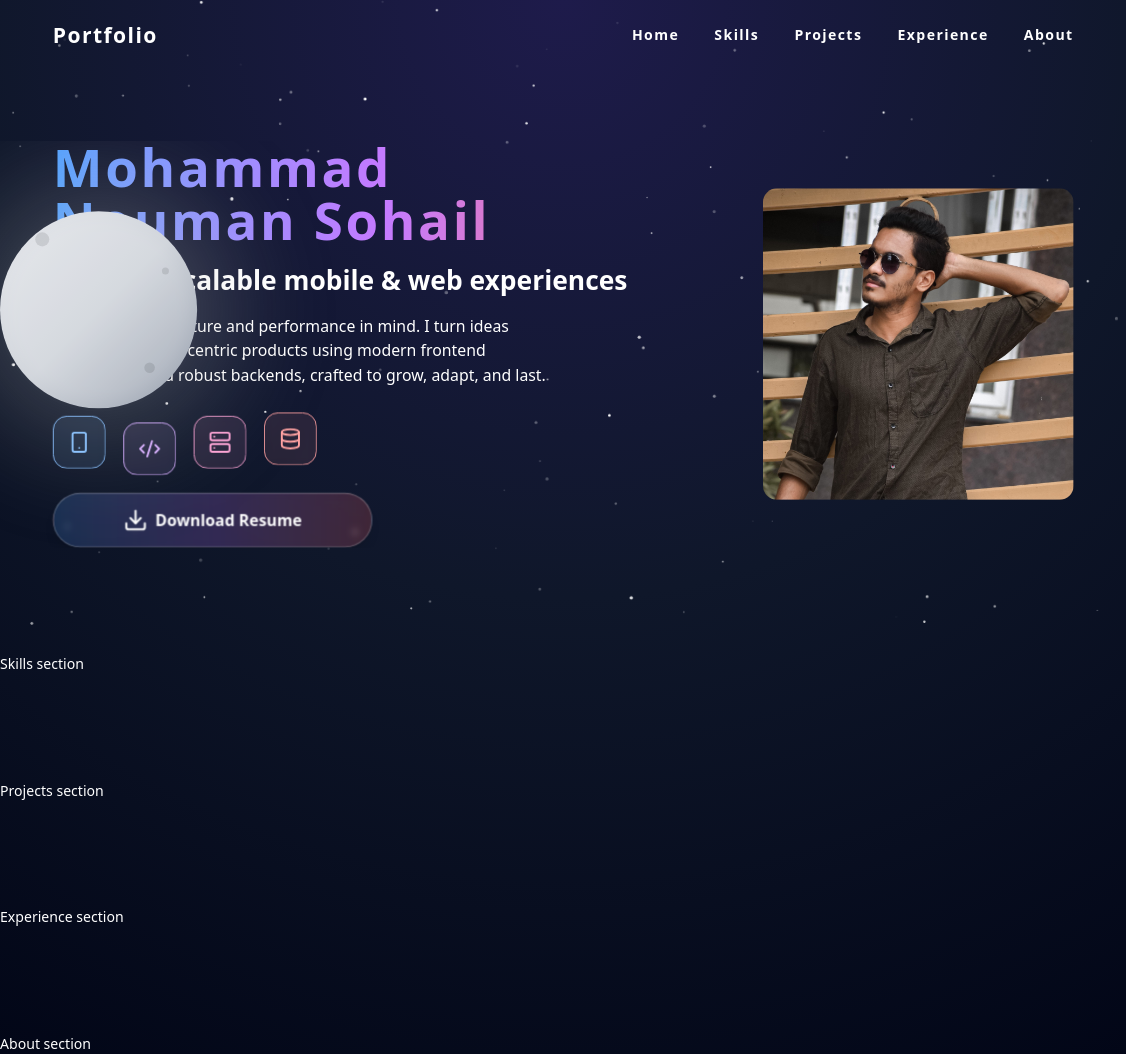
Repository: NoumanSohail/Nouman-Sohail-Portfolio
Page: /
These files come from the project's save history. The page is drawn as it stood at one moment and after the next save; the edit follows.
The browser window is 1280 px wide. The pictures show the whole page, at 88% of full size.
The project was rebuilt for these pictures with package versions that can differ from the ones it lists, and the page was loaded fresh each time. The framework's server and built-in components were replaced by stand-ins that run in the browser. Also part of the build but not shown: next.config.ts.

Above is the page before, as saved 2026-01-24 22:21:34.

### app/layout.tsx
import type { Metadata } from "next";
import { Geist, Geist_Mono } from "next/font/google";
import "./globals.css";
import Navbar from "./components/header/Navbar";
import StarBackground from "./components/ui/StarBackground";

const geistSans = Geist({
  variable: "--font-geist-sans",
  subsets: ["latin"],
});

const geistMono = Geist_Mono({
  variable: "--font-geist-mono",
  subsets: ["latin"],
});

export const metadata: Metadata = {
  title: "Create Next App",
  description: "Generated by create next app",
};

export default function RootLayout({
  children,
}: Readonly<{
  children: React.ReactNode;
}>) {
  return (
    <html lang="en">
      <body
        className={`${geistSans.variable} ${geistMono.variable} antialiased`}
      >
        <StarBackground />
        <Navbar />
        {children}
      </body>
    </html>
  );
}

### app/page.tsx
import React from 'react'
import Hero from './components/sections/Hero'
import Skills from './components/sections/Skills'
import Projects from './components/sections/Projects'
import Experience from './components/sections/Experience'
import About from './components/sections/About'

const page = () => {
  return (
    <div>
      <Hero />
      <Skills />
      <Projects />
      <Experience />
      <About />
    </div>
  )
}

export default page

### app/globals.css
@import "tailwindcss";

html {
  scroll-behavior: smooth;
}

body {
  overflow-x: hidden;
  position: relative;
  background: radial-gradient(circle at 50% 0%, #1e1b4b, #0f172a, #020617);
  min-height: 100vh;
}

### app/components/header/Navbar.tsx
"use client";

import { useEffect, useState } from "react";
import { navLinks } from "@/app/data";
import Link from "next/link";
import { Menu, X } from "lucide-react";

const Navbar = () => {
  const [isScrolled, setIsScrolled] = useState(false);
  const [menuOpen, setMenuOpen] = useState(false);

  useEffect(() => {
    const handleScroll = () => setIsScrolled(window.scrollY > 20);
    window.addEventListener("scroll", handleScroll);
    return () => window.removeEventListener("scroll", handleScroll);
  }, []);

  return (
    <header
      className={`fixed top-0 left-0 right-0 z-50 transition-all ${
        isScrolled
          ? "bg-transparent backdrop-blur-md border-b border-white/20 shadow-lg py-3"
          : "bg-transparent py-6"
      }`}
    >
      <div className="w-full mx-auto max-w-384 flex items-center justify-between px-5 md:px-10 lg:px-15 text-white tracking-widest">
        <h1 className="font-bold text-2xl">Portfolio</h1>

        {/* large displays like laptops */}
        <nav className="hidden lg:flex">
          {navLinks.map((links) => (
            <div key={links.name} className="flex ml-10 font-semibold">
              <Link href={links.id}>{links.name}</Link>
            </div>
          ))}
        </nav>

        {/* Mobile Hamburger */}
        <div className="lg:hidden flex items-center justify-center">
          <button
            onClick={() => setMenuOpen(!menuOpen)}
            className="text-zinc-400"
          >
            <Menu size={30} />
          </button>
        </div>

        {menuOpen && (
          <div className="fixed inset-0 h-screen flex justify-end bg-black/40 backdrop-blur-sm">
            <div className="relative h-full w-[60%] bg-[#0f172a] text-white flex items-center transition-transform duration-300 translate-x-0">
              <button
                onClick={() => setMenuOpen(false)}
                className={`absolute top right-5 md:right-10 text-white ${isScrolled ? "top-3" : "top-6"}`}
              >
                <X size={30} />
              </button>

              <nav className="flex flex-col p-10 gap-10 mt-20">
                {navLinks.map((links) => (
                  <Link
                    key={links.name}
                    href={links.id}
                    onClick={() => setMenuOpen(false)}
                    className="font-semibold"
                  >
                    {links.name}
                  </Link>
                ))}
              </nav>
            </div>
          </div>
        )}
      </div>
    </header>
  );
};

export default Navbar;

### app/components/ui/StarBackground.tsx
"use client";

import { useEffect, useRef } from "react";

const StarBackground = () => {
  const canvasRef = useRef<HTMLCanvasElement | null>(null);

  useEffect(() => {
    const canvas = canvasRef.current;
    if (!canvas) return;

    const ctx = canvas.getContext("2d");
    if (!ctx) return;

    let stars: any[] = [];
    const STAR_COUNT = 120;

    const resize = () => {
      canvas.width = window.innerWidth;
      canvas.height = window.innerHeight;
    };

    resize();
    window.addEventListener("resize", resize);

    // Create stars
    stars = Array.from({ length: STAR_COUNT }).map(() => ({
      x: Math.random() * canvas.width,
      y: Math.random() * canvas.height,
      radius: Math.random() * 1.5 + 0.5,
      speed: Math.random() * 0.3 + 0.1,
      opacity: Math.random(),
    }));

    const animate = () => {
      ctx.clearRect(0, 0, canvas.width, canvas.height);

      stars.forEach((star) => {
        star.y += star.speed;
        if (star.y > canvas.height) {
          star.y = 0;
          star.x = Math.random() * canvas.width;
        }

        ctx.beginPath();
        ctx.arc(star.x, star.y, star.radius, 0, Math.PI * 2);
        ctx.fillStyle = `rgba(255,255,255,${star.opacity})`;
        ctx.fill();
      });

      requestAnimationFrame(animate);
    };

    animate();

    return () => window.removeEventListener("resize", resize);
  }, []);

  return (
    <canvas
      ref={canvasRef}
      className="fixed inset-0 pointer-events-none -z-10"
    />
  );
};

export default StarBackground;

### app/components/sections/Hero.tsx
"use client";

import { personaldetails } from "@/app/data";
import Image from "next/image";
import me from "@/public/images/me.jpg";
import { Code2, Database, Download, Server, Smartphone } from "lucide-react";
import { motion } from "framer-motion";
import Button from "../ui/Button";

const Hero = () => {
  return (
    <section
      id="home"
      className="relative scroll-mt-40 w-full mx-auto max-w-384 px-5 md:px-10 lg:px-15 text-white mt-30 xl:mt-40 overflow-hidden"
    >
      {/* 🌙 Glowing Moon */}
      <div
        className="absolute pointer-events-none hidden lg:block
             lg:left-55 xl:left-0 top-20
             w-44 h-44 xl:w-56 xl:h-56
             rounded-full
             bg-gradient-to-br from-gray-200 via-gray-300 to-gray-400
             shadow-[0_0_120px_40px_rgba(200,200,200,0.25)]
             [animation-duration:4s]
             z-0"
      >
        {/* Moon texture */}
        <div className="absolute inset-2 rounded-full bg-white/10 blur-sm" />
        <div className="absolute top-6 left-10 w-4 h-4 rounded-full bg-black/10" />
        <div className="absolute bottom-10 right-12 w-3 h-3 rounded-full bg-black/10" />
        <div className="absolute top-16 right-8 w-2 h-2 rounded-full bg-black/10" />
      </div>

      <div className="flex flex-col lg:flex-row items-center justify-center gap-7 lg:gap-20 text-center lg:text-start">
        <div className="flex flex-col gap-5">
          <motion.div
            initial={{ x: -100, opacity: 0 }}
            whileInView={{ x: 0, opacity: 1 }}
            viewport={{ once: false, amount: 0.5 }}
            transition={{ duration: 0.5, ease: "easeOut" }}
            className="flex flex-col gap-5"
          >
            <h1
              className="font-black text-4xl lg:text-5xl xl:text-6xl tracking-wider text-balance text-transparent
                          bg-clip-text bg-linear-to-r from-blue-400 via-purple-400 to-red-400"
            >
              {personaldetails.name}
            </h1>
            <h2 className="font-semibold text-2xl lg:text-3xl">
              {personaldetails.tagline}
            </h2>
            <p className="lg:text-lg lg:text-balance">
              {personaldetails.statement}
            </p>
          </motion.div>

          <motion.div
            initial={{ scale: 0.8, opacity: 0 }}
            whileInView={{ scale: 1, opacity: 1 }}
            viewport={{ once: false, amount: 0.5 }}
            transition={{
              duration: 0.5,
              ease: "easeOut",
            }}
            className="flex flex-col gap-5 mt-5 items-center justify-center lg:items-start lg:justify-start"
          >
            <div className="flex gap-5">
              <Smartphone
                size={60}
                className="p-4 border rounded-2xl backdrop-blur-xs bg-blue-300/10 hover:scale-110
                        border-blue-300  hover:border-blue-300 text-blue-300 hover:text-blue-300
                        transition-all duration-300 animate-bounce [animation-delay:0ms]"
              />
              <Code2
                size={60}
                className="p-4 border rounded-2xl backdrop-blur-xs bg-purple-300/10 hover:scale-110
                        border-purple-300 hover:border-purple-300 text-purple-300 hover:text-purple-300
                        transition-all duration-300 animate-bounce [animation-delay:100ms]"
              />
              <Server
                size={60}
                className="p-4 border rounded-2xl backdrop-blur-xs bg-pink-300/10 hover:scale-110
                        border-pink-300 hover:border-pink-300 text-pink-300 hover:text-pink-300
                        transition-all duration-300 animate-bounce [animation-delay:200ms]"
              />
              <Database
                size={60}
                className="p-4 border rounded-2xl backdrop-blur-xs bg-red-300/10 hover:scale-110
                        border-red-300 hover:border-red-300 text-red-300 hover:text-red-300
                        transition-all duration-300 animate-bounce [animation-delay:300ms]"
              />
            </div>

            <Button
              title="Download Resume"
              onClick={() => console.log("Download")}
              icon={<Download size={28} />}
              className="bg-linear-to-r from-blue-400/20 via-purple-400/20 to-red-400/20
                        border border-white/30 p-4 w-[70%] lg:w-[50%] rounded-full md:text-lg
                        transition-all duration-300 hover:animate-pulse backdrop-blur-xs"
            />
          </motion.div>
        </div>

        <motion.div
          initial={{ x: 100, opacity: 0 }}
          whileInView={{ x: 0, opacity: 1 }}
          viewport={{ once: false, amount: 0.3 }}
          transition={{ duration: 0.5, ease: "easeOut" }}
        >
          <Image
            src={me}
            alt={personaldetails.name}
            height={350}
            width={350}
            className="rounded-2xl lg:h-3xl lg:w-3xl"
          />
        </motion.div>
      </div>
    </section>
  );
};

export default Hero;

### app/components/sections/Skills.tsx

const Skills = () => {
  return (
    <section id="skills" className="h-fit">
      <div className="text-white pt-30">Skills section</div>
    </section>
  );
};

export default Skills;

### app/components/sections/Projects.tsx

const Projects = () => {
  return (
    <section id="projects" className="h-fit">
      <div className="text-white pt-30">Projects section</div>
    </section>
  )
}

export default Projects

### app/components/sections/Experience.tsx

const Experience = () => {
  return (
    <section id="experience" className="h-fit">
      <div className="text-white pt-30">Experience section</div>
    </section>
  );
};

export default Experience;

### app/components/sections/About.tsx

const About = () => {
  return (
    <section id="about" className="h-fit">
      <div className="text-white pt-30">About section</div>
    </section>
  )
}

export default About

### app/data.tsx
export const navLinks = [
  { name: "Home", id: "/#home" },
  { name: "Skills", id: "/#skills" },
  { name: "Projects", id: "/#projects" },
  { name: "Experience", id: "/#experience" },
  { name: "About", id: "/#about" },
];

export const personaldetails = {
  name: "Mohammad Nouman Sohail",
  role: "Full Stack Mobile & Web Developer",
  tagline: "Building scalable mobile & web experiences",
  statement:
    "with clean architecture and performance in mind. I turn ideas into reliable, user-centric products using modern frontend frameworks and robust backends, crafted to grow, adapt, and last.",
};

### app/components/ui/Button.tsx
import { ReactNode } from "react";

interface ButtonProps {
  title: string;
  onClick: () => void;
  type?: "button" | "submit";
  disabled?: boolean;

  /* 🔹 Optional Icon */
  icon?: ReactNode;
  iconPosition?: "left" | "right";

  /* 🔹 External Styles */
  className?: string;
}

const Button = ({
  title,
  onClick,
  type = "button",
  disabled = false,
  icon,
  iconPosition = "left",
  className = "",
}: ButtonProps) => {
  return (
    <button
      type={type}
      onClick={!disabled ? onClick : undefined}
      disabled={disabled}
      className={`
        group
        font-semibold shadow-lg
        transition-all transform
        flex items-center justify-center gap-2
        duration-300
        ${
          disabled
            ? "bg-gray-300 text-white cursor-not-allowed opacity-70 transition-all duration-300"
            : "hover:scale-105 cursor-pointer transition-all duration-300"
        }

        ${className}
      `}
    >
      {/* ICON LEFT */}
      {icon && iconPosition === "left" && (
        <span className="button-icon flex items-center">{icon}</span>
      )}

      <span>{title}</span>

      {/* ICON RIGHT */}
      {icon && iconPosition === "right" && (
        <span className="button-icon flex items-center">{icon}</span>
      )}
    </button>
  );
};

export default Button;

After the next save:
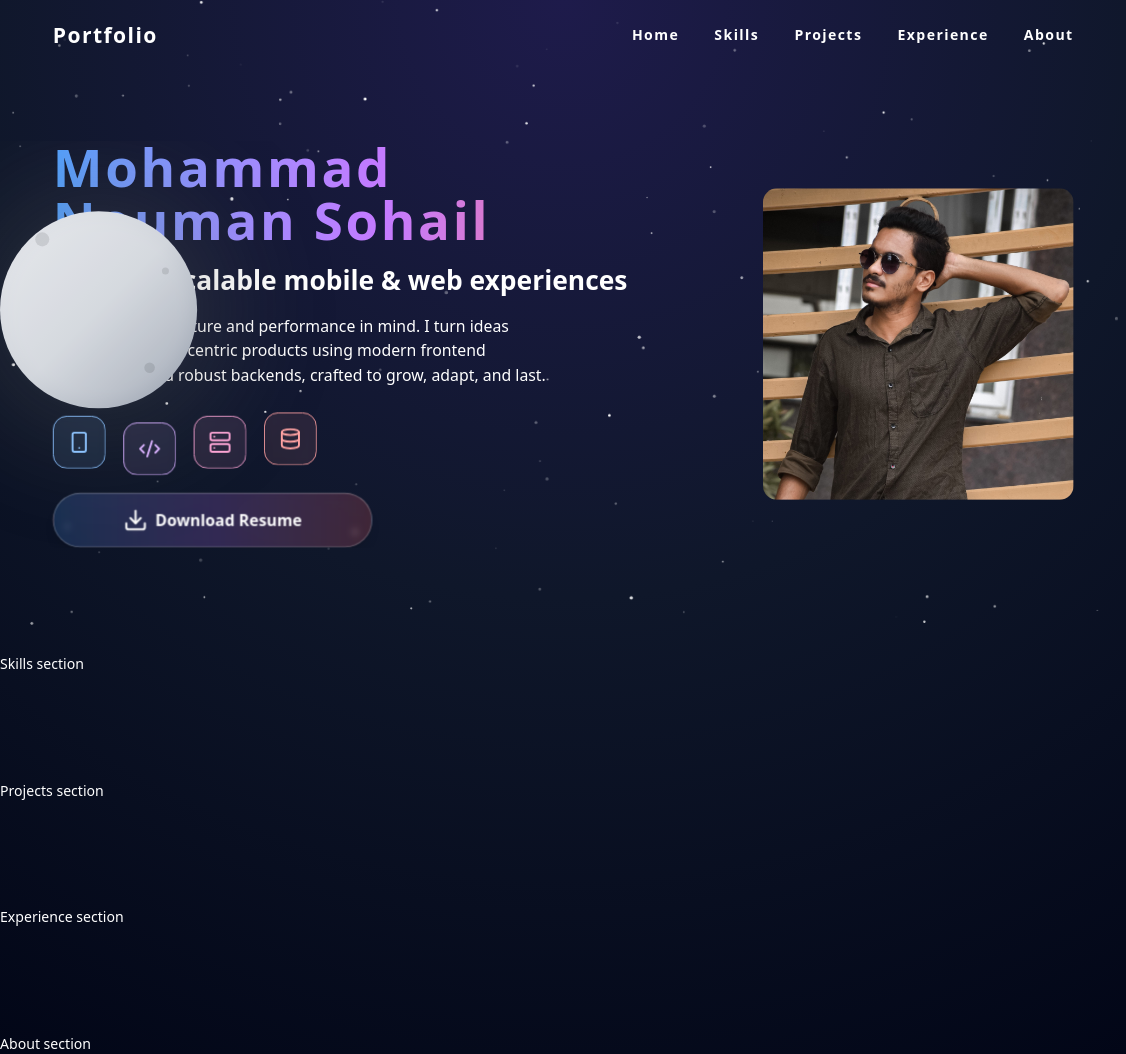
Saved 19 s later.
--- a/app/components/sections/Hero.tsx
+++ b/app/components/sections/Hero.tsx
@@ -20,7 +20,7 @@ const Hero = () => {
              w-44 h-44 xl:w-56 xl:h-56
              rounded-full
              bg-gradient-to-br from-gray-200 via-gray-300 to-gray-400
-             shadow-[0_0_120px_40px_rgba(200,200,200,0.25)]
+             shadow-[0_0_120px_40px_rgba(100,100,100,0.25)]
              [animation-duration:4s]
              z-0"
       >
